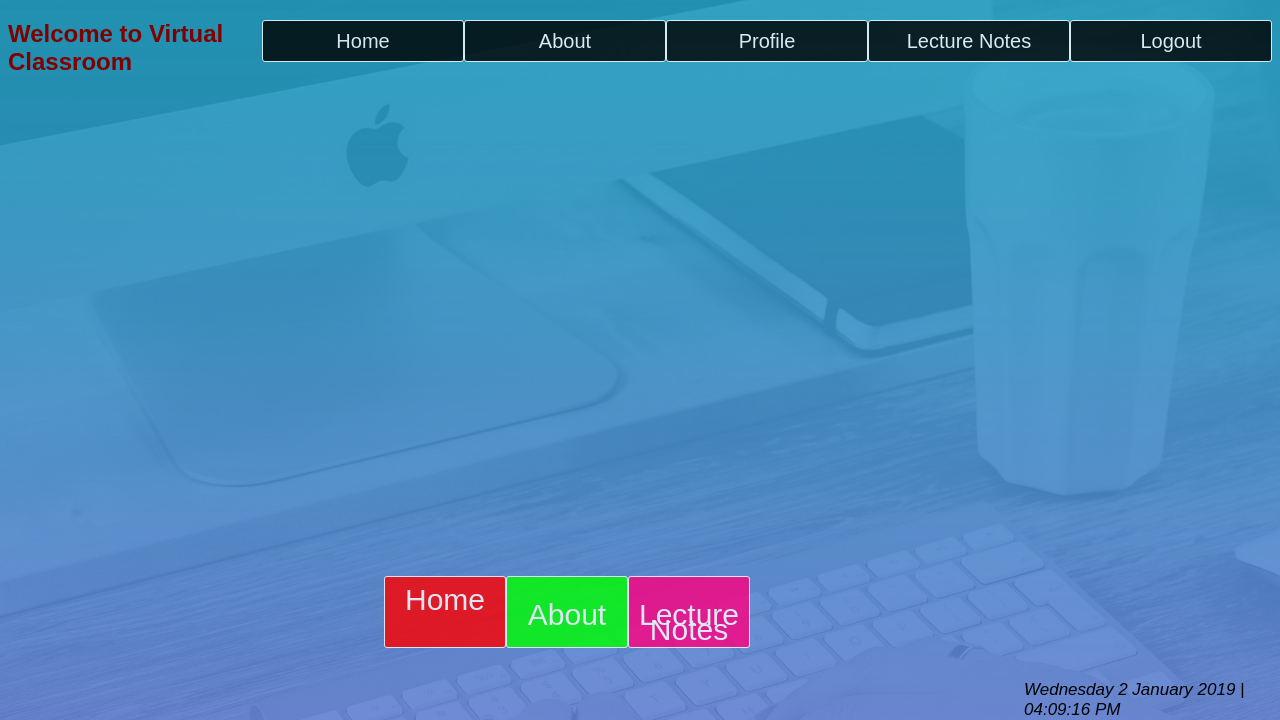
Repository: Rajendra1998/Virtual_classroom_mvc_project
Page: http://localhost/Virtual_classroom/Student_logged1.jsp
These files come from the project's save history. The page is drawn as it stood at one moment and after the next save; the edit follows.
The browser window is 1280 px wide. The pictures show the whole page.
The page is served by Tomcat 9.

Above is the page before, as saved 2019-01-04 20:39:06.

After the next save:
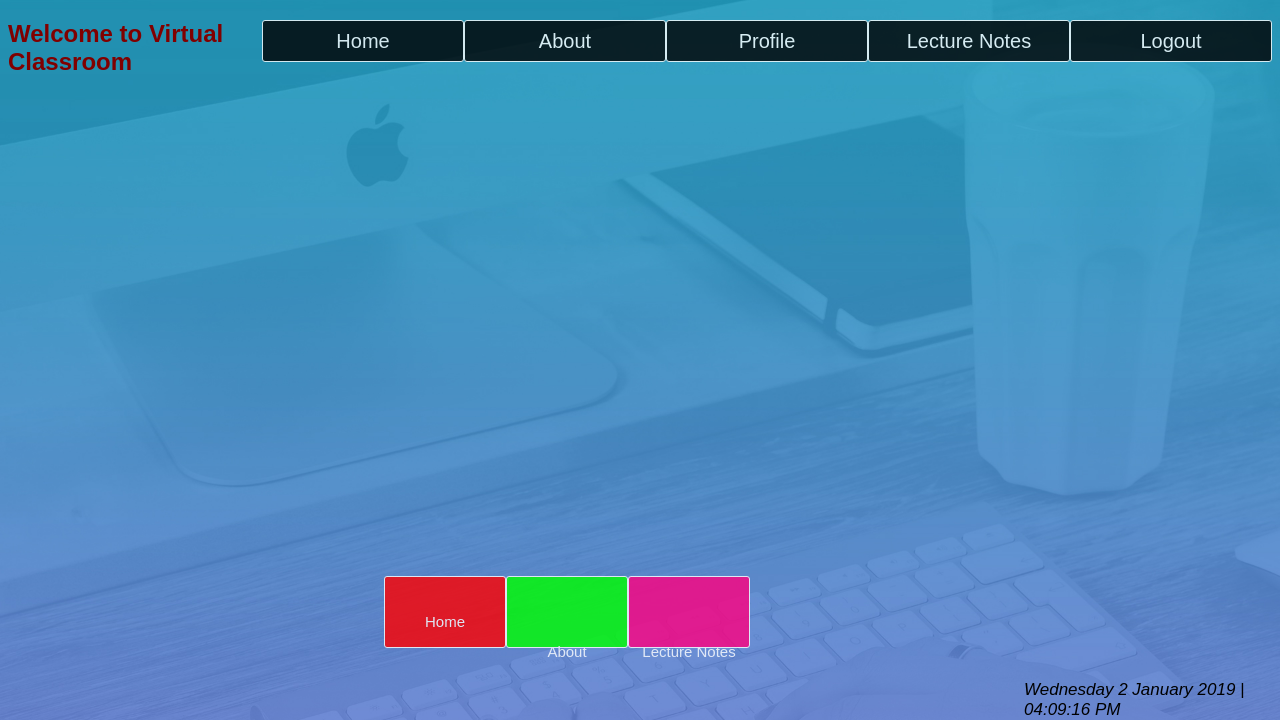
Saved 27 s later.
--- a/Virtual_classroom/WebContent/Student_logged1.jsp
+++ b/Virtual_classroom/WebContent/Student_logged1.jsp
@@ -84,9 +84,9 @@
 		height: 70px;
 		border:1px  solid white;
 		opacity: .8;
-		line-height: 15px;
+		line-height: 30px;
 		text-align: center;
-		font-size: 30px;
+		font-size: 15px;
 		position:relative;
 		border-radius:3px;
 
